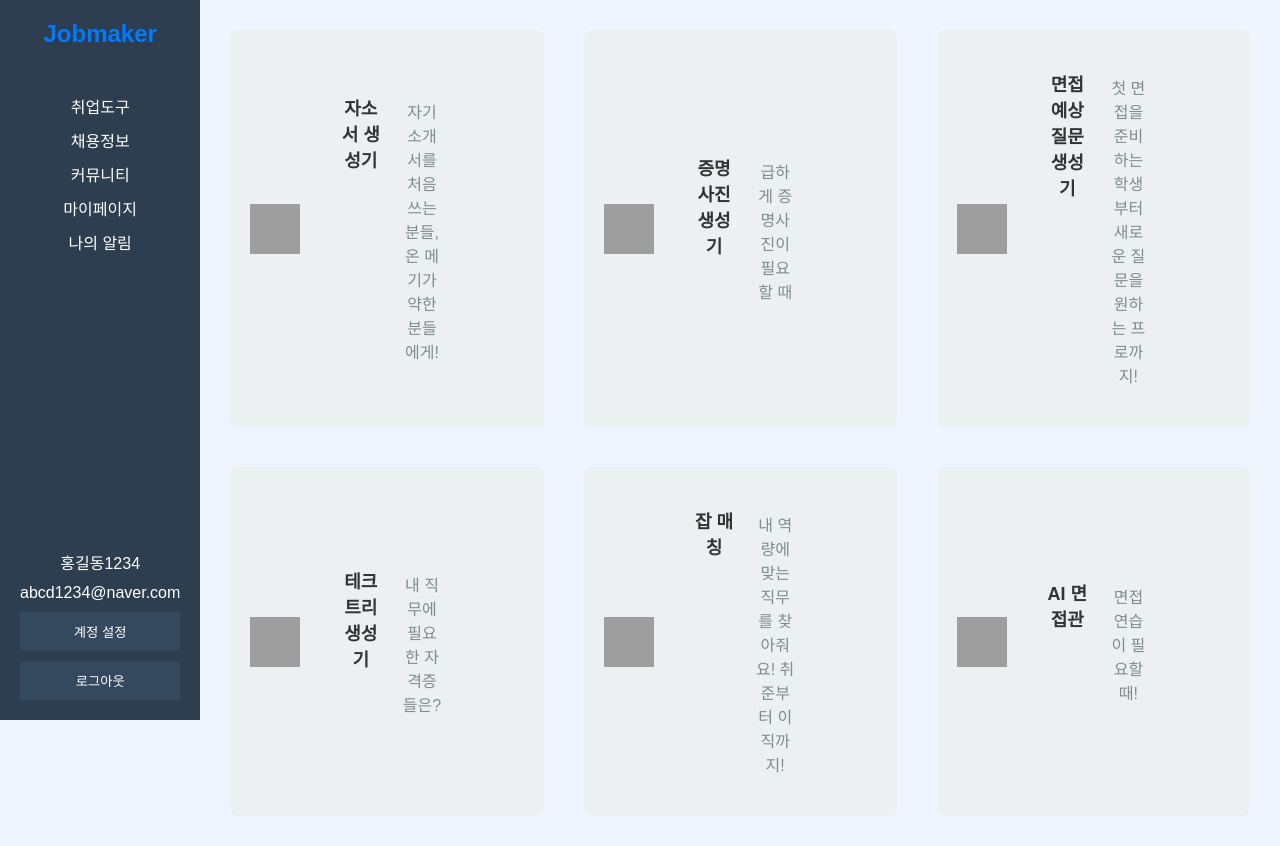
Repository: HSfac/jobmaker
Page: /main
These files come from the project's save history. The page is drawn as it stood at one moment and after the next save; the edit follows.
The browser window is 1280 px wide. The pictures show the whole page.
Pictures or frames that could not be fetched are drawn as grey boxes. The project was rebuilt for these pictures with package versions that can differ from the ones it lists, and the page was loaded fresh each time. Also part of the build but not shown: src/components/Header.jsx, src/components/Footer.css, src/components/Footer.jsx, src/pages/LandingPage.jsx.

Above is the page before, as saved 2024-07-10 22:00:40.

### src/App.js
import React from 'react';
import { BrowserRouter as Router, Route, Routes } from 'react-router-dom';
import MainPage from './pages/MainPage';
import LandingPage from './pages/LandingPage';

import './App.css';

function App() {
  return (
    <Router>
      <div className="App">

        <Routes>
          <Route path="/" element={<LandingPage />} />
          <Route path="/main" element={<MainPage />} />
        </Routes>

      </div>
    </Router>
  );
}

export default App;

### src/pages/MainPage.jsx
import React from 'react';
import Sidebar from '../components/Sidebar';
import ToolCard from '../components/ToolCard';
import './MainPage.css';

const tools = [
  {
    title: "자소서 생성기",
    description: "자기소개서를 처음 쓰는 분들, 온 메기가 약한 분들에게!",
    image: "/images/icon1.png",
  },
  {
    title: "증명사진 생성기",
    description: "급하게 증명사진이 필요할 때",
    image: "/images/icon2.png",
  },
  {
    title: "면접예상질문 생성기",
    description: "첫 면접을 준비하는 학생부터 새로운 질문을 원하는 프로까지!",
    image: "/images/icon3.png",
  },
  {
    title: "테크트리 생성기",
    description: "내 직무에 필요한 자격증들은?",
    image: "/images/icon4.png",
  },
  {
    title: "잡 매칭",
    description: "내 역량에 맞는 직무를 찾아줘요! 취준부터 이직까지!",
    image: "/images/icon5.png",
  },
  {
    title: "AI 면접관",
    description: "면접 연습이 필요할 때!",
    image: "/images/icon6.png",
  },
];

const MainPage = () => {
  return (
    <div className="main-page">
      <Sidebar />
      <div className="content">
        {tools.map((tool, index) => (
          <ToolCard
            key={index}
            title={tool.title}
            description={tool.description}
            image={tool.image}
          />
        ))}
      </div>
    </div>
  );
};

export default MainPage;

### src/App.css
.App {
  font-family: sans-serif;
  text-align: center;
  height: 100vh;
  display: flex;
  flex-direction: column;
}

.App > * {
  flex-shrink: 0;
}

### src/components/Sidebar.jsx
import React from 'react';
import './Sidebar.css';

const Sidebar = () => {
  return (
    <div className="sidebar">
      <div className="logo">Jobmaker</div>
      <ul className="menu">
        <li>취업도구</li>
        <li>채용정보</li>
        <li>커뮤니티</li>
        <li>마이페이지</li>
        <li>나의 알림</li>
      </ul>
      <div className="user-info">
        <div className="username">홍길동1234</div>
        <div className="email">abcd1234@naver.com</div>
        <button className="settings-btn">계정 설정</button>
        <button className="logout-btn">로그아웃</button>
      </div>
    </div>
  );
};

export default Sidebar;

### src/components/ToolCard.jsx
import React from 'react';
import './ToolCard.css';

const ToolCard = ({ title, description, image }) => {
  return (
    <div className="tool-card">
      <img src={image} alt={title} className="icon" />
      <div className="content">
        <h3>{title}</h3>
        <p>{description}</p>
      </div>
    </div>
  );
};

export default ToolCard;

### src/pages/MainPage.css
.main-page {
  display: flex;
}

.content {
  flex-grow: 1;
  padding: 20px;
  display: grid;
  grid-template-columns: repeat(3, 1fr);
  gap: 20px;
}

### src/pages/LandingPage.css
/* LandingPage.css */

@font-face {
  font-family: 'Pretendard';
  src: url('../assets/fonts/Pretendard-Regular.ttf') format('truetype');
  font-weight: 400;
}

@font-face {
  font-family: 'Pretendard';
  src: url('../assets/fonts/Pretendard-SemiBold.ttf') format('truetype');
  font-weight: 600;
}
:root {
  --bg-color: #f0f4ff;
  --text-color: #333;
  --primary-color: #3a73e1;
  --secondary-color: #fff;
  --question-bg-color: #4a90e2;
}

[data-theme="dark"] {
  --bg-color: #121212;
  --text-color: #e0e0e0;
  --primary-color: #bb86fc;
  --secondary-color: #333;
  --question-bg-color: #3700b3;
}

body {
  background-color: var(--bg-color);
  color: var(--text-color);
  margin: 0;
  padding: 0;
  font-family: 'Pretendard', sans-serif;
}

.landing-page {
  display: flex;
  flex-direction: column;
  min-height: 100vh;
}

.main-content {
  flex: 1;
  display: flex;
  flex-direction: column;
  align-items: center;
  background-color: var(--primary-color);
  color: var(--secondary-color);
}

.hero {
  display: flex;
  justify-content: space-between;
  align-items: center;
  max-width: 1200px;
  width: 100%;
  padding: 20px;
}

.hero-text {
  flex: 1;
  padding: 20px;
}

.hero-text h1 {
  font-size: 4em; /* Increased font size */
  font-family: 'Pretendard', sans-serif;
  font-weight: 600; /* SemiBold */
  margin-bottom: 20px;
}

.hero-text p {
  font-family: 'Pretendard', sans-serif;
  font-weight: 400; /* Regular */
}

.hero-text button.primary {
  background-color: var(--secondary-color);
  color: var(--primary-color);
  padding: 10px 20px;
  border: none;
  border-radius: 5px;
  font-size: 1.2em;
  cursor: pointer;
  transition: border-color 0.3s;
}

.hero-text button.primary:hover {
  border: 2px solid var(--primary-color);
}

.hero-images {
  flex: 1;
  display: flex;
  justify-content: center;
  align-items: center;
}

.hero-images img {
  max-width: 100%;
  height: auto;
}

.second-section {
  width: 100%;
  font-size: 1.5em;
  padding: 50px 20px;
  background-color: var(--bg-color);
  color: var(--text-color);
  text-align: center;
  position: relative;
  overflow: hidden;
  font-weight: 700; /* SemiBold */
}

.second-section h2 {
  color: var(--primary-color);
  font-size: 1.5em;
  font-weight: 700; /* SemiBold */
}

.sliding-images {
  display: flex;
  flex-direction: column;
  align-items: center;
  justify-content: center;
  height: 280px; /* Adjust as needed */
  position: relative;
}

.sliding-images img {
  width: 300%; /* Make the images smaller */
  position: absolute;
  animation-duration: 30s; /* Slow down the animation */
  animation-timing-function: linear;
  animation-iteration-count: infinite;
}

.sliding-images img:nth-child(1) {
  top: 0;
  left: -100%;
  animation-name: slide-in-left;
}

.sliding-images img:nth-child(2) {
  top: 50%;
  left: 100%;
  animation-name: slide-in-right;
}

@keyframes slide-in-left {
  0%, 100% {
    left: -100%;
  }
  50% {
    left: 100%;
  }
}

@keyframes slide-in-right {
  0%, 100% {
    left: 100%;
  }
  50% {
    left: -100%;
  }
}

.generators {
  display: flex;
  justify-content: space-around;
  flex-wrap: wrap;
}

.generator-card {
  background-color: var(--secondary-color);
  color: var(--primary-color);
  border-radius: 10px;
  padding: 20px;
  margin: 10px;
  width: 200px;
  cursor: pointer;
  transition: transform 0.2s;
}

.generator-card:hover {
  transform: scale(1.05);
}

.generator-card h3 {
  margin-top: 0;
}

.generator-card p {
  margin: 10px 0 0;
}

/* 기존 CSS 생략 */

.third-section {
  width: 100%;
  padding: 50px 20px;
  background-color: var(--bg-color);
  color: var(--text-color);
  text-align: center;
}

.third-section h2 {
  font-size: 2.2em;
  color: var(--primary-color);
  font-weight: 700; /* SemiBold */
}

.third-section h3 {
  font-size: 1em;
  font-weight: 600; /* SemiBold */
}

.example-container {
  display: flex;
  flex-wrap: wrap;
  justify-content: center;
  gap: 20px;
  margin-top: 20px;
  flex-direction: column; /* 세로로 배치 */
}

.example-image.left {
  align-self: flex-start;
  margin: 0 50px; /* 이미지 양옆 여백 설정 */
  animation: slide-left 5s infinite;
}

.example-image.center1 {
  align-self: center;
  margin: 0 50px; /* 이미지 양옆 여백 설정 */
}

.example-image.right {
  align-self: flex-end;
  margin: 0 50px; /* 이미지 양옆 여백 설정 */
  animation: slide-right 5s infinite;
}

.example-image.center2 {
  align-self: center;
  margin: 0 50px; /* 이미지 양옆 여백 설정 */
}

@keyframes slide-left {
  0% {
    transform: translateX(0);
  }
  50% {
    transform: translateX(-20px); /* 원하는 슬라이드 거리 설정 */
  }
  100% {
    transform: translateX(0);
  }
}

@keyframes slide-right {
  0% {
    transform: translateX(0);
  }
  50% {
    transform: translateX(20px); /* 원하는 슬라이드 거리 설정 */
  }
  100% {
    transform: translateX(0);
  }
}

/* 기존 CSS 생략 */




.fourth-section {
  width: 100%;
  padding: 50px 20px;
  background-color: var(--bg-color);
  color: var(--text-color);
  text-align: center;
}

.fourth-section h2 {
  font-size: 2.2em;
  color: var(--primary-color);
  font-weight: 700; /* SemiBold */
  margin-bottom: 10px;
}

.fourth-section h3 {
  font-size: 1.1em;
  font-weight: 700; /* SemiBold */
  margin-bottom: 30px;
}

.sliding-tags {
  overflow: hidden;
  white-space: nowrap;
  box-sizing: border-box;
}

.tags-wrapper {
  display: inline-block;
  animation: slide 45s linear infinite;
}

.tag {
  display: inline-block;
  background-color: var(--primary-color);
  color: var(--secondary-color);
  padding: 10px 20px;
  margin: 0 10px;
  border-radius: 20px;
}

@keyframes slide {
  0% {
    transform: translateX(100%);
  }
  100% {
    transform: translateX(-100%);
  }
}

.fifth-section {
  width: 100%;
  padding: 50px 20px;
  background-color: var(--bg-color);
  color: var(--text-color);
  text-align: center;
}

.fifth-section h2 {
  margin-top: 500px;
  font-size: 2.2em;
  font-weight: 700; /* SemiBold */
}

.fifth-section h3 {
  font-size: 1.1em;
  font-weight: 700; /* SemiBold */
  margin-top: 10px;
  margin-bottom: 30px;
}

.pricing-plans {
  display: flex;
  justify-content: center;
  gap: 25px;
  flex-wrap: wrap;
  margin-bottom: 200px;
}

.plan {
  background-color: var(--secondary-color);
  color: var(--primary-color);
  border-radius: 10px;
  padding: 20px;
  margin: 10px;
  width: 250px;
  text-align: center;
}

.plan h3 {
  margin-top: 0;
}

.plan ul {
  list-style: none;
  padding: 0;
}

.plan ul li {
  margin: 10px 0;
}

.plan button.primary {
  background-color: var(--secondary-color);
  color: var(--primary-color);
  padding: 10px 20px;
  border: 2px solid var(--primary-color);
  border-radius: 5px;
  font-size: 1.2em;
  cursor: pointer;
  transition: background-color 0.3s, color 0.3s;
}

.plan button.primary:hover {
  background-color: var(--primary-color);
  color: var(--secondary-color);
}

.footer {
  background-color: var(--primary-color);
  color: var(--secondary-color);
  padding: 20px;
  text-align: center;
  position: relative;
  bottom: 0;
  width: 100%;
  margin-top: auto;
}

### src/components/Sidebar.css
.sidebar {
  width: 250px;
  height: 100vh;
  background-color: #2c3e50;
  color: white;
  padding: 20px;
  box-sizing: border-box;
  display: flex;
  flex-direction: column;
  justify-content: space-between;
}

.logo {
  font-size: 24px;
  font-weight: bold;
  margin-bottom: 20px;
}

.menu {
  list-style: none;
  padding: 0;
}

.menu li {
  margin: 10px 0;
}

.user-info {
  margin-top: auto;
}

.username, .email {
  margin-bottom: 10px;
}

.settings-btn, .logout-btn {
  display: block;
  width: 100%;
  margin-top: 10px;
  padding: 10px;
  background-color: #34495e;
  color: white;
  border: none;
  cursor: pointer;
}

### src/components/ToolCard.css
.tool-card {
  background-color: #ecf0f1;
  border-radius: 8px;
  padding: 20px;
  margin: 10px;
  display: flex;
  align-items: center;
  cursor: pointer;
  transition: background-color 0.3s;
}

.tool-card:hover {
  background-color: #bdc3c7;
}

.icon {
  width: 50px;
  height: 50px;
  margin-right: 20px;
}

.content {
  flex-grow: 1;
}

h3 {
  margin: 0;
  font-size: 18px;
}

p {
  margin: 5px 0 0;
  color: #7f8c8d;
}

### src/components/Header.css
.header {
  display: flex;
  justify-content: space-between;
  align-items: center;
  padding: 10px 20px;
  background-color: #f8f9fa;
  border-bottom: 1px solid #e0e0e0;
}

.logo {
  font-size: 24px;
  font-weight: bold;
  color: #007bff;
}

.nav-links a {
  margin-left: 10px;
  color: #333;
  text-decoration: none;
}

.nav-links a:hover {
  text-decoration: underline;
}

Loaded but not shown: public/index.html (common file); src/index.js (common file); src/index.css (common file); src/reportWebVitals.js (common file)

After the next save:
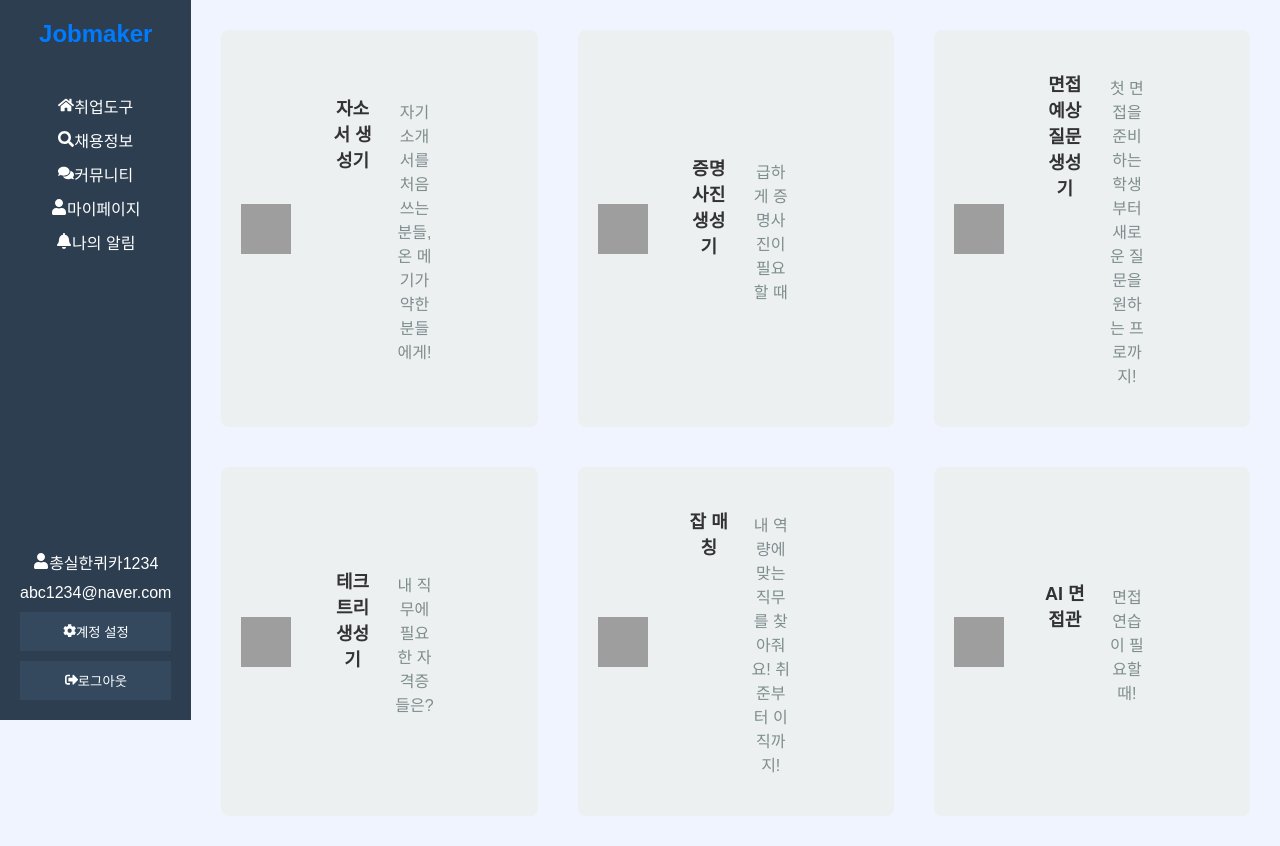
Saved 4 min 32 s later.
--- a/src/components/Sidebar.jsx
+++ b/src/components/Sidebar.jsx
@@ -1,22 +1,55 @@
-import React from 'react';
+import React, { useState } from 'react';
+import { FaHome, FaSearch, FaComments, FaUser, FaBell, FaCog, FaSignOutAlt } from 'react-icons/fa';
 import './Sidebar.css';
 
 const Sidebar = () => {
+  const [isOpen, setIsOpen] = useState(true);
+
+  const toggleSidebar = () => {
+    setIsOpen(!isOpen);
+  };
+
   return (
-    <div className="sidebar">
-      <div className="logo">Jobmaker</div>
+    <div className={`sidebar ${isOpen ? 'open' : 'closed'}`}>
+      <div className="logo" onClick={toggleSidebar}>Jobmaker</div>
       <ul className="menu">
-        <li>취업도구</li>
-        <li>채용정보</li>
-        <li>커뮤니티</li>
-        <li>마이페이지</li>
-        <li>나의 알림</li>
+        <li>
+          <FaHome />
+          {isOpen && <span>취업도구</span>}
+        </li>
+        <li>
+          <FaSearch />
+          {isOpen && <span>채용정보</span>}
+        </li>
+        <li>
+          <FaComments />
+          {isOpen && <span>커뮤니티</span>}
+        </li>
+        <li>
+          <FaUser />
+          {isOpen && <span>마이페이지</span>}
+        </li>
+        <li>
+          <FaBell />
+          {isOpen && <span>나의 알림</span>}
+        </li>
       </ul>
       <div className="user-info">
-        <div className="username">홍길동1234</div>
-        <div className="email">abcd1234@naver.com</div>
-        <button className="settings-btn">계정 설정</button>
-        <button className="logout-btn">로그아웃</button>
+        <div className="username">
+          <FaUser />
+          {isOpen && <span>총실한퀴카1234</span>}
+        </div>
+        {isOpen && <div className="email">abc1234@naver.com</div>}
+        <div className="settings">
+          <button className="settings-btn">
+            <FaCog />
+            {isOpen && <span>계정 설정</span>}
+          </button>
+          <button className="logout-btn">
+            <FaSignOutAlt />
+            {isOpen && <span>로그아웃</span>}
+          </button>
+        </div>
       </div>
     </div>
   );
